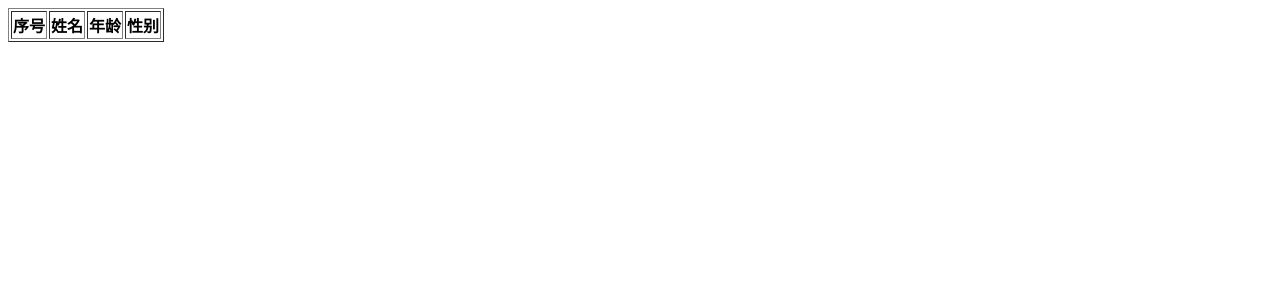
Repository: yuanritian1/5oproject50days
Page: 表格table/index.html
These files come from the project's save history. The page is drawn as it stood at one moment and after the next save; the edit follows.
The browser window is 1280 px wide. The pictures show the whole page.

Above is the page before, as saved 2022-09-03 10:05:52.

### 表格table/index.html
<!DOCTYPE html>
<html lang="en">

<head>
    <meta charset="UTF-8">
    <meta http-equiv="X-UA-Compatible" content="IE=edge">
    <meta name="viewport" content="width=device-width, initial-scale=1.0">
    <title>Document</title>
</head>

<body>
    <div id="containerBox">
        <table border="1">
            <thead>
                <tr>
                    <th>
                        序号
                    </th>
                    <th>
                        姓名
                    </th>
                    <th>
                        年龄
                    </th>
                    <th>
                        性别
                    </th>
                </tr>
            </thead>
            <tbody>
                <div id="content">

                </div>
            </tbody>
        </table>
    </div>
</body>

</html>
<script>
    const DATE_ARR = [
        { id: '1', name: '张三', age: '18', sex: '男' },
        { id: '2', name: '张三1', age: '18', sex: '女' },
        { id: '3', name: '张三2', age: '18', sex: '男' },
        { id: '4', name: '张三3', age: '18', sex: '男' },
        { id: '5', name: '张三4', age: '18', sex: '女' },
        { id: '6', name: '张三5', age: '18', sex: '男' },
    ]
    let bodyContent = document.getElementById('content')
    function showTable(data) {
        DATE_ARR.forEach((item) => {
            bodyContent.innerHTML += `
    <tr>
        <td>${item.id}</td>
        <td>${item.name}</td>
        <td>${item.age}</td>
        <td>${item.sex}</td>
        <td><button>编辑</button></td>
        <td><button>新增</button></td>
        <td><button>删除</button></td>
        </tr>
    `
        })
    }
</script>

After the next save:
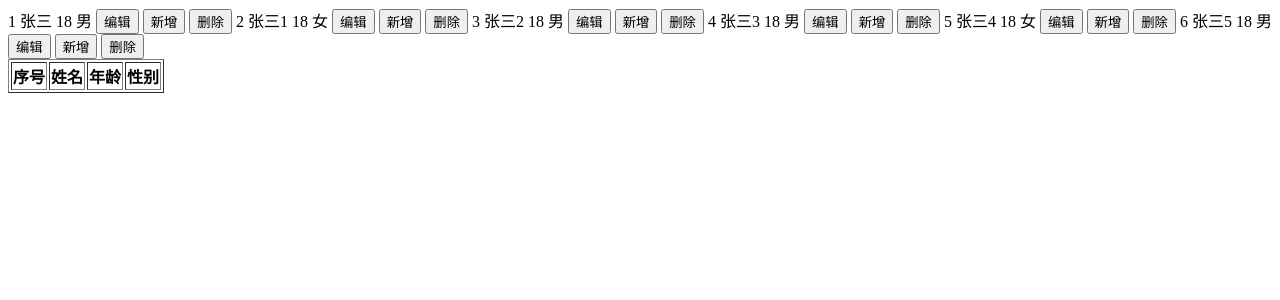
Saved 11 s later.
--- a/表格table/index.html
+++ b/表格table/index.html
@@ -62,4 +62,5 @@
     `
         })
     }
+    showTable(DATE_ARR)
 </script>
